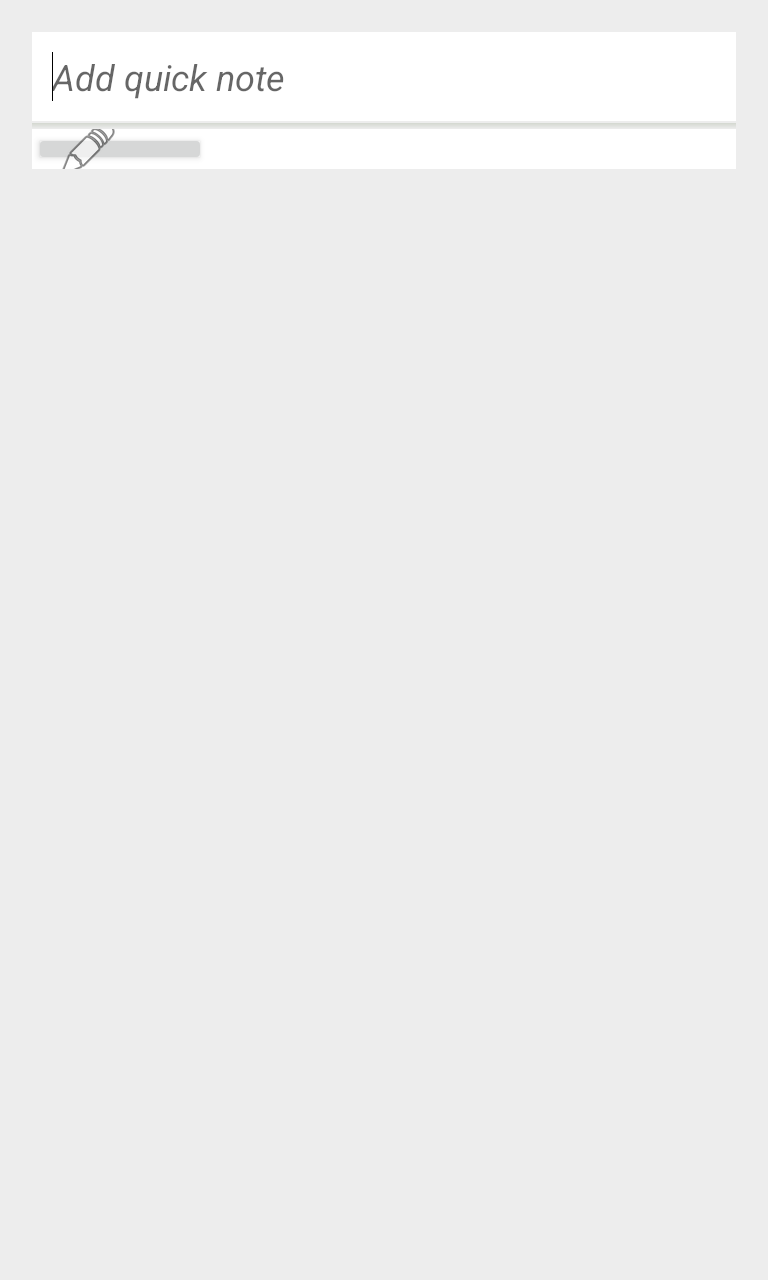
Repository: ishwormali/practices
Layout: Android/GoogleKeep/GoogleKeep/res/layout/fragment_main.xml
These files come from the project's save history. The layout is drawn as it stood at one moment and after the next save; the edit follows.
It is drawn on a 768 x 1280 px phone screen (xhdpi) without system bars, with theme Theme.Orangeboom; the app's code is not run. The app's manifest (not shown) leaves right-to-left support off. So textAlignment, textDirection and layoutDirection are ignored, and left and right values win over start and end ones.

Above is the layout before, as saved 2014-04-01 06:15:07.

### Android/GoogleKeep/GoogleKeep/res/layout/fragment_main.xml
<RelativeLayout xmlns:android="http://schemas.android.com/apk/res/android"
    xmlns:tools="http://schemas.android.com/tools"
    android:layout_width="match_parent"
    android:layout_height="match_parent"
    android:paddingBottom="@dimen/activity_vertical_margin"
    android:paddingLeft="@dimen/activity_horizontal_margin"
    android:paddingRight="@dimen/activity_horizontal_margin"
    android:paddingTop="@dimen/activity_vertical_margin"
    tools:context="com.practices.googlekeep.MainActivity$PlaceholderFragment"
    android:background="@color/main_background"
      >

    <LinearLayout
        android:layout_width="match_parent"
        android:layout_height="wrap_content"
        android:layout_alignParentTop="true"
        android:layout_centerHorizontal="true"
        android:background="@drawable/area_container"
        android:orientation="vertical" >

        <EditText
            android:id="@+id/text_quicknote"
            android:layout_width="match_parent"
            android:layout_height="wrap_content"
            android:ems="10"  android:hint="@string/add_quick_note"
            android:background="@drawable/edit_box"
            android:textColor="@android:color/black"
android:textCursorDrawable="@null" android:padding="10dp"
             >

            <requestFocus />
        </EditText>
        <View
android:layout_width="fill_parent"
android:layout_height="1dip"
android:background="@color/main_background" />

        <View
    android:id="@+id/divider"
    android:background="@drawable/drop_shadow"
    android:layout_width="match_parent"
    android:layout_height="3sp"
     />
        <LinearLayout android:layout_width="fill_parent"
            android:layout_height="20dp"
             >
            <Button android:layout_width="wrap_content"
                android:layout_height="wrap_content"
                android:drawableStart="@android:drawable/ic_menu_edit"
                />
        </LinearLayout>
    </LinearLayout>

</RelativeLayout>

### Android/GoogleKeep/GoogleKeep/res/values-v14/themes.xml
<?xml version="1.0" encoding="utf-8"?>
<!-- File created by the Android Action Bar Style Generator

     Copyright (C) 2011 The Android Open Source Project
     Copyright (C) 2012 readyState Software Ltd

     Licensed under the Apache License, Version 2.0 (the "License");
     you may not use this file except in compliance with the License.
     You may obtain a copy of the License at

          http://www.apache.org/licenses/LICENSE-2.0

     Unless required by applicable law or agreed to in writing, software
     distributed under the License is distributed on an "AS IS" BASIS,
     WITHOUT WARRANTIES OR CONDITIONS OF ANY KIND, either express or implied.
     See the License for the specific language governing permissions and
     limitations under the License.
-->

<resources xmlns:android="http://schemas.android.com/apk/res/android">

    <style name="Theme.Orangeboom" parent="@style/Theme.AppCompat.Light">
        <item name="android:actionBarItemBackground">@drawable/selectable_background_orangeboom</item>
        <item name="android:popupMenuStyle">@style/PopupMenu.Orangeboom</item>
        <item name="android:dropDownListViewStyle">@style/DropDownListView.Orangeboom</item>
        <item name="android:actionBarTabStyle">@style/ActionBarTabStyle.Orangeboom</item>
        <item name="android:actionDropDownStyle">@style/DropDownNav.Orangeboom</item>
        <item name="android:actionBarStyle">@style/ActionBar.Solid.Orangeboom</item>
        <item name="android:actionModeBackground">@drawable/cab_background_top_orangeboom</item>
        <item name="android:actionModeSplitBackground">@drawable/cab_background_bottom_orangeboom</item>
        <item name="android:actionModeCloseButtonStyle">@style/ActionButton.CloseMode.Orangeboom</item>
         <item name="actionMenuTextColor">@android:color/white</item>

    </style>

    <style name="ActionBar.Solid.Orangeboom" parent="@style/Widget.AppCompat.Light.ActionBar.Solid">
        <item name="android:background">@drawable/ab_solid_orangeboom</item>
        <item name="android:backgroundStacked">@drawable/ab_stacked_solid_orangeboom</item>
        <item name="android:backgroundSplit">@drawable/ab_bottom_solid_orangeboom</item>
        <item name="android:progressBarStyle">@style/ProgressBar.Orangeboom</item>
       <item name="android:titleTextStyle">@style/ActionBar.TextStyle.Orangeboom</item>
<!--        <item name="android:logo">@drawable/text_x_todo</item> -->
    </style>

    <style name="ActionBar.TextStyle.Orangeboom"
           parent="@style/TextAppearance.AppCompat.Widget.ActionBar.Title">
        <item name="android:textColor">@android:color/white</item>
    </style>

    <style name="ActionBar.Transparent.Orangeboom" parent="@style/Widget.AppCompat.Light.ActionBar">
        <item name="android:background">@drawable/ab_transparent_orangeboom</item>
        <item name="android:progressBarStyle">@style/ProgressBar.Orangeboom</item>
    </style>

    <!-- this style is only referenced in a Light.DarkActionBar based theme -->
    <style name="Theme.Orangeboom.Widget" parent="@style/Theme.AppCompat">
        <item name="android:popupMenuStyle">@style/PopupMenu.Orangeboom</item>
        <item name="android:dropDownListViewStyle">@style/DropDownListView.Orangeboom</item>
    </style>

</resources>

### Android/GoogleKeep/GoogleKeep/res/values/themes.xml
<?xml version="1.0" encoding="utf-8"?>
<!-- File created by the Android Action Bar Style Generator

     Copyright (C) 2011 The Android Open Source Project
     Copyright (C) 2012 readyState Software Ltd

     Licensed under the Apache License, Version 2.0 (the "License");
     you may not use this file except in compliance with the License.
     You may obtain a copy of the License at

          http://www.apache.org/licenses/LICENSE-2.0

     Unless required by applicable law or agreed to in writing, software
     distributed under the License is distributed on an "AS IS" BASIS,
     WITHOUT WARRANTIES OR CONDITIONS OF ANY KIND, either express or implied.
     See the License for the specific language governing permissions and
     limitations under the License.
-->

<resources xmlns:android="http://schemas.android.com/apk/res/android">

    <style name="Theme.Orangeboom" parent="@style/Theme.AppCompat.Light">
        <item name="actionBarItemBackground">@drawable/selectable_background_orangeboom</item>
        <item name="popupMenuStyle">@style/PopupMenu.Orangeboom</item>
        <item name="dropDownListViewStyle">@style/DropDownListView.Orangeboom</item>
        <item name="actionBarTabStyle">@style/ActionBarTabStyle.Orangeboom</item>
        <item name="actionDropDownStyle">@style/DropDownNav.Orangeboom</item>
        <item name="actionBarStyle">@style/ActionBar.Solid.Orangeboom</item>
        <item name="actionModeBackground">@drawable/cab_background_top_orangeboom</item>
        <item name="actionModeSplitBackground">@drawable/cab_background_bottom_orangeboom</item>
        <item name="actionModeCloseButtonStyle">@style/ActionButton.CloseMode.Orangeboom</item>
 <item name="actionMenuTextColor">@android:color/white</item>


    </style>

    <style name="ActionBar.Solid.Orangeboom" parent="@style/Widget.AppCompat.Light.ActionBar.Solid">
        <item name="background">@drawable/ab_solid_orangeboom</item>
        <item name="backgroundStacked">@drawable/ab_stacked_solid_orangeboom</item>
        <item name="backgroundSplit">@drawable/ab_bottom_solid_orangeboom</item>
        <item name="progressBarStyle">@style/ProgressBar.Orangeboom</item>
         <item name="titleTextStyle">@style/ActionBar.TextStyle.Orangeboom</item>
<!--          <item name="logo">@drawable/text_x_todo</item> -->
    </style>

     <style name="ActionBar.TextStyle.Orangeboom"
           parent="@style/TextAppearance.AppCompat.Widget.ActionBar.Title">
        <item name="android:textColor">@android:color/white</item>
    </style>

    <style name="ActionBar.Transparent.Orangeboom" parent="@style/Widget.AppCompat.Light.ActionBar">
        <item name="background">@drawable/ab_transparent_orangeboom</item>
        <item name="progressBarStyle">@style/ProgressBar.Orangeboom</item>
    </style>

    <style name="PopupMenu.Orangeboom" parent="@style/Widget.AppCompat.Light.PopupMenu">
        <item name="android:popupBackground">@drawable/menu_dropdown_panel_orangeboom</item>
    </style>

    <style name="DropDownListView.Orangeboom" parent="@style/Widget.AppCompat.Light.ListView.DropDown">
        <item name="android:listSelector">@drawable/selectable_background_orangeboom</item>
    </style>

    <style name="ActionBarTabStyle.Orangeboom" parent="@style/Widget.AppCompat.Light.ActionBar.TabView">
        <item name="android:background">@drawable/tab_indicator_ab_orangeboom</item>
        <item name="android:textColor">@android:color/white</item>
    </style>

    <style name="DropDownNav.Orangeboom" parent="@style/Widget.AppCompat.Light.Spinner.DropDown.ActionBar">
        <item name="android:background">@drawable/spinner_background_ab_orangeboom</item>
        <item name="android:popupBackground">@drawable/menu_dropdown_panel_orangeboom</item>
        <item name="android:dropDownSelector">@drawable/selectable_background_orangeboom</item>
    </style>

    <style name="ProgressBar.Orangeboom" parent="@style/Widget.AppCompat.ProgressBar.Horizontal">
        <item name="android:progressDrawable">@drawable/progress_horizontal_orangeboom</item>
    </style>

    <style name="ActionButton.CloseMode.Orangeboom" parent="@style/Widget.AppCompat.Light.ActionButton.CloseMode">
        <item name="android:background">@drawable/btn_cab_done_orangeboom</item>
    </style>

    <!-- this style is only referenced in a Light.DarkActionBar based theme -->
    <style name="Theme.Orangeboom.Widget" parent="@style/Theme.AppCompat">
        <item name="popupMenuStyle">@style/PopupMenu.Orangeboom</item>
        <item name="dropDownListViewStyle">@style/DropDownListView.Orangeboom</item>
    </style>

</resources>

### Android/GoogleKeep/GoogleKeep/res/drawable/selectable_background_orangeboom.xml
<?xml version="1.0" encoding="utf-8"?>
<!-- File created by the Android Action Bar Style Generator

     Copyright (C) 2011 The Android Open Source Project
     Copyright (C) 2012 readyState Software Ltd

     Licensed under the Apache License, Version 2.0 (the "License");
     you may not use this file except in compliance with the License.
     You may obtain a copy of the License at

          http://www.apache.org/licenses/LICENSE-2.0

     Unless required by applicable law or agreed to in writing, software
     distributed under the License is distributed on an "AS IS" BASIS,
     WITHOUT WARRANTIES OR CONDITIONS OF ANY KIND, either express or implied.
     See the License for the specific language governing permissions and
     limitations under the License.
-->

<selector xmlns:android="http://schemas.android.com/apk/res/android"
        android:exitFadeDuration="@android:integer/config_mediumAnimTime" >
    <item android:state_pressed="false" android:state_focused="true" android:drawable="@drawable/list_focused_orangeboom" />
    <item android:state_pressed="true" android:drawable="@drawable/list_pressed_orangeboom" />
    <item android:drawable="@android:color/transparent" />
</selector>

### Android/GoogleKeep/GoogleKeep/res/drawable/btn_cab_done_orangeboom.xml
<?xml version="1.0" encoding="utf-8"?>
<!-- File created by the Android Action Bar Style Generator

     Copyright (C) 2011 The Android Open Source Project
     Copyright (C) 2012 readyState Software Ltd

     Licensed under the Apache License, Version 2.0 (the "License");
     you may not use this file except in compliance with the License.
     You may obtain a copy of the License at

          http://www.apache.org/licenses/LICENSE-2.0

     Unless required by applicable law or agreed to in writing, software
     distributed under the License is distributed on an "AS IS" BASIS,
     WITHOUT WARRANTIES OR CONDITIONS OF ANY KIND, either express or implied.
     See the License for the specific language governing permissions and
     limitations under the License.
-->

<selector xmlns:android="http://schemas.android.com/apk/res/android">
    <item android:state_pressed="true"
        android:drawable="@drawable/btn_cab_done_pressed_orangeboom" />
    <item android:state_focused="true" android:state_enabled="true"
        android:drawable="@drawable/btn_cab_done_focused_orangeboom" />
    <item android:state_enabled="true"
        android:drawable="@drawable/btn_cab_done_default_orangeboom" />
</selector>

### Android/GoogleKeep/GoogleKeep/res/drawable/progress_horizontal_orangeboom.xml
<?xml version="1.0" encoding="utf-8"?>
<!-- File created by the Android Action Bar Style Generator

     Copyright (C) 2011 The Android Open Source Project
     Copyright (C) 2012 readyState Software Ltd

     Licensed under the Apache License, Version 2.0 (the "License");
     you may not use this file except in compliance with the License.
     You may obtain a copy of the License at

          http://www.apache.org/licenses/LICENSE-2.0

     Unless required by applicable law or agreed to in writing, software
     distributed under the License is distributed on an "AS IS" BASIS,
     WITHOUT WARRANTIES OR CONDITIONS OF ANY KIND, either express or implied.
     See the License for the specific language governing permissions and
     limitations under the License.
-->

<layer-list xmlns:android="http://schemas.android.com/apk/res/android">

    <item android:id="@android:id/background"
          android:drawable="@drawable/progress_bg_orangeboom" />

    <item android:id="@android:id/secondaryProgress">
        <scale android:scaleWidth="100%"
               android:drawable="@drawable/progress_secondary_orangeboom" />
    </item>

    <item android:id="@android:id/progress">
        <scale android:scaleWidth="100%"
               android:drawable="@drawable/progress_primary_orangeboom" />
    </item>

</layer-list>

### Android/GoogleKeep/GoogleKeep/res/drawable/spinner_background_ab_orangeboom.xml
<?xml version="1.0" encoding="utf-8"?>
<!-- File created by the Android Action Bar Style Generator

     Copyright (C) 2011 The Android Open Source Project
     Copyright (C) 2012 readyState Software Ltd

     Licensed under the Apache License, Version 2.0 (the "License");
     you may not use this file except in compliance with the License.
     You may obtain a copy of the License at

          http://www.apache.org/licenses/LICENSE-2.0

     Unless required by applicable law or agreed to in writing, software
     distributed under the License is distributed on an "AS IS" BASIS,
     WITHOUT WARRANTIES OR CONDITIONS OF ANY KIND, either express or implied.
     See the License for the specific language governing permissions and
     limitations under the License.
-->

<selector xmlns:android="http://schemas.android.com/apk/res/android">
    <item android:state_enabled="false"
        android:drawable="@drawable/spinner_ab_disabled_orangeboom" />
    <item android:state_pressed="true"
        android:drawable="@drawable/spinner_ab_pressed_orangeboom" />
    <item android:state_pressed="false" android:state_focused="true"
        android:drawable="@drawable/spinner_ab_focused_orangeboom" />
    <item android:drawable="@drawable/spinner_ab_default_orangeboom" />
</selector>

### Android/GoogleKeep/GoogleKeep/res/drawable/tab_indicator_ab_orangeboom.xml
<?xml version="1.0" encoding="utf-8"?>
<!-- File created by the Android Action Bar Style Generator

     Copyright (C) 2011 The Android Open Source Project
     Copyright (C) 2012 readyState Software Ltd

     Licensed under the Apache License, Version 2.0 (the "License");
     you may not use this file except in compliance with the License.
     You may obtain a copy of the License at

          http://www.apache.org/licenses/LICENSE-2.0

     Unless required by applicable law or agreed to in writing, software
     distributed under the License is distributed on an "AS IS" BASIS,
     WITHOUT WARRANTIES OR CONDITIONS OF ANY KIND, either express or implied.
     See the License for the specific language governing permissions and
     limitations under the License.
-->

<selector xmlns:android="http://schemas.android.com/apk/res/android">
    <!-- Non focused states -->
    <item android:state_focused="false" android:state_selected="false" android:state_pressed="false" android:drawable="@android:color/transparent" />
    <item android:state_focused="false" android:state_selected="true"  android:state_pressed="false" android:drawable="@drawable/tab_selected_orangeboom" />

    <!-- Focused states -->
    <item android:state_focused="true" android:state_selected="false" android:state_pressed="false" android:drawable="@drawable/tab_unselected_focused_orangeboom" />
    <item android:state_focused="true" android:state_selected="true"  android:state_pressed="false" android:drawable="@drawable/tab_selected_focused_orangeboom" />

    <!-- Pressed -->
    <!--    Non focused states -->
    <item android:state_focused="false" android:state_selected="false" android:state_pressed="true" android:drawable="@drawable/tab_unselected_pressed_orangeboom" />
    <item android:state_focused="false" android:state_selected="true"  android:state_pressed="true" android:drawable="@drawable/tab_selected_pressed_orangeboom" />

    <!--    Focused states -->
    <item android:state_focused="true" android:state_selected="false" android:state_pressed="true" android:drawable="@drawable/tab_unselected_pressed_orangeboom" />
    <item android:state_focused="true" android:state_selected="true"  android:state_pressed="true" android:drawable="@drawable/tab_selected_pressed_orangeboom" />
</selector>

### Android/GoogleKeep/GoogleKeep/res/values/dimens.xml
<resources>

    <!-- Default screen margins, per the Android Design guidelines. -->
    <dimen name="activity_horizontal_margin">16dp</dimen>
    <dimen name="activity_vertical_margin">16dp</dimen>

</resources>

### Android/GoogleKeep/GoogleKeep/res/values/Color.xml
<?xml version="1.0" encoding="utf-8"?>
<resources>
    <color name="main_background">#EDEDED</color>
    <color name="area_container_background">#FFFFFF</color>

</resources>

### Android/GoogleKeep/GoogleKeep/res/drawable/area_container.xml
<?xml version="1.0" encoding="utf-8"?>
<shape xmlns:android="http://schemas.android.com/apk/res/android"

    >
    <solid android:color="@color/area_container_background"/>

</shape>

### Android/GoogleKeep/GoogleKeep/res/values/strings.xml
<?xml version="1.0" encoding="utf-8"?>
<resources>

    <string name="app_name">GoogleKeep</string>
    <string name="hello_world">Hello world!</string>
    <string name="action_settings">Settings</string>
	<string name="add_quick_note"><i>Add quick note</i></string>
</resources>

### Android/GoogleKeep/GoogleKeep/res/drawable/edit_box.xml
<?xml version="1.0" encoding="utf-8"?>
<shape xmlns:android="http://schemas.android.com/apk/res/android"
    android:shape="rectangle"
    android:padding="10dp"
     >

<solid android:color="#FFFFFF"/>

</shape>

### Android/GoogleKeep/GoogleKeep/res/drawable/drop_shadow.xml
<?xml version="1.0" encoding="utf-8"?>
<shape xmlns:android="http://schemas.android.com/apk/res/android" android:shape="rectangle">
  <gradient
    android:startColor="@color/main_background"

    android:endColor="#d3d7cf"
    android:angle="90" />
</shape>

Loaded but not shown: Android/GoogleKeep/GoogleKeep/res/values-w820dp/dimens.xml (common file)

After the next save:
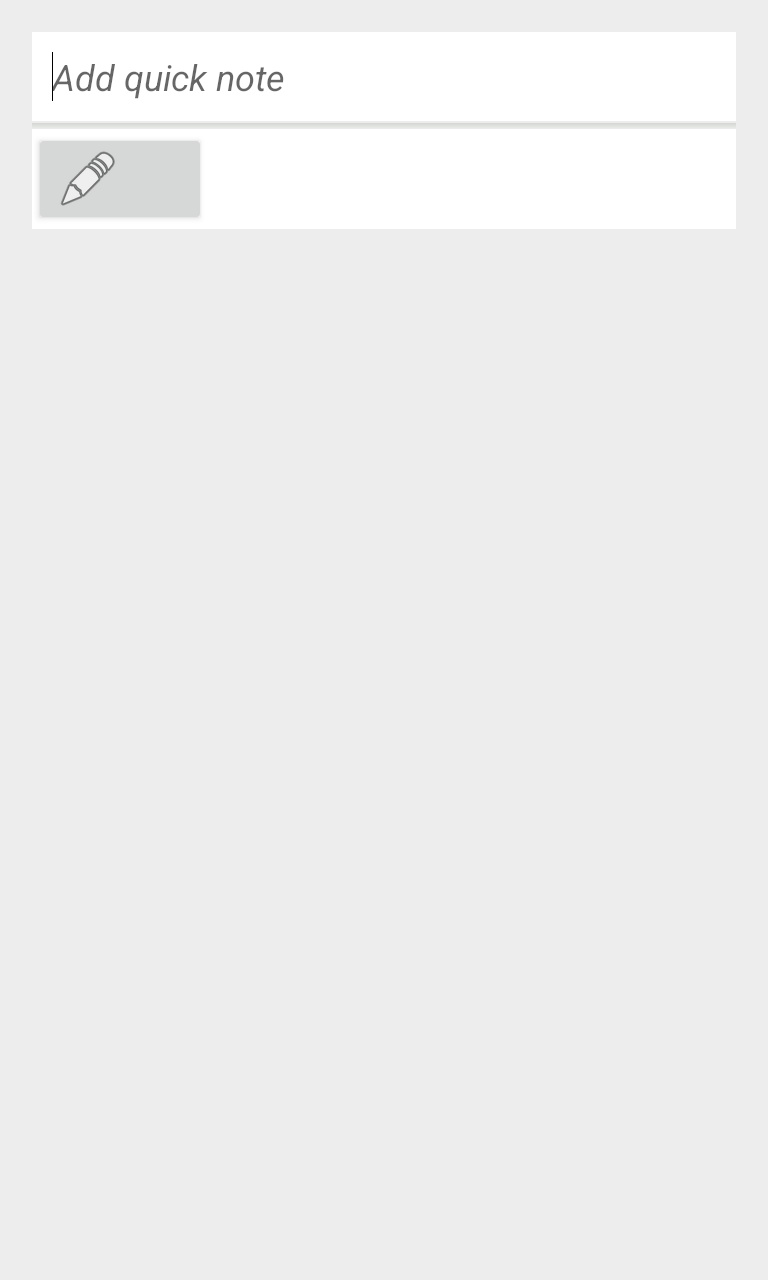
Saved 19 s later.
--- a/Android/GoogleKeep/GoogleKeep/res/layout/fragment_main.xml
+++ b/Android/GoogleKeep/GoogleKeep/res/layout/fragment_main.xml
@@ -42,7 +42,7 @@ android:background="@color/main_background" />
     android:layout_height="3sp"
      />
         <LinearLayout android:layout_width="fill_parent"
-            android:layout_height="20dp"
+            android:layout_height="50dp"
              >
             <Button android:layout_width="wrap_content"
                 android:layout_height="wrap_content"
